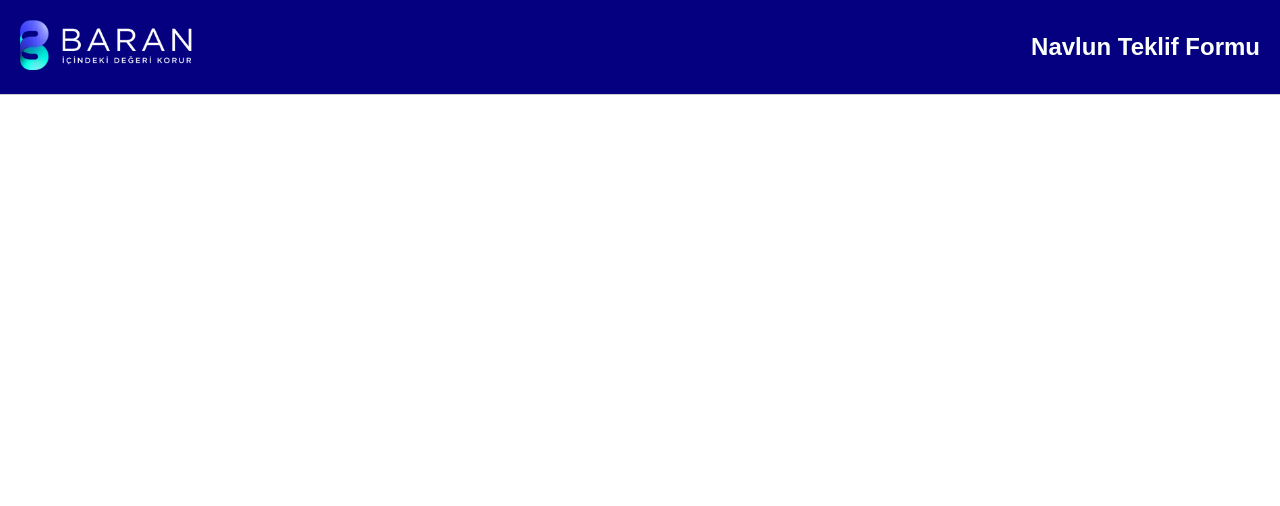
Repository: EfeAykut/navlun
Page: navlun.html
An editor plug-in stored every save of this project. The page is shown before and after the next save, followed by the edit.
The browser window is 1280 px wide. The pictures show the whole page.

Above is the page before, as saved 2024-11-19 10:00:43.

### navlun.html
<!DOCTYPE html>
<html lang="tr">

<head>
    <meta charset="UTF-8">
    <meta name="viewport" content="width=device-width, initial-scale=1.0">
    <title>Web Sitesi Başlığı</title>
    <style>
        body {
            margin: 0;
            font-family: Arial, sans-serif;
        }

        header {
            display: flex;
            justify-content: space-between;
            align-items: center;
            padding: 20px;
            background-color: #040080;
            /* Arka plan rengi */
            border-bottom: 1px solid #ccc;
            /* Alt kenar çizgisi */
        }

        .logo img {
            height: 50px;
            /* Logo yüksekliği */
        }

        .navlun-teklif h1 {
            font-size: 24px;
            /* Yazı boyutu */
            color: #fdfffa;
            /* Yazı rengi */
            margin: 0;
            /* Varsayılan margin kaldırıldı */
        }
    </style>
</head>

<body>
    <header>
        <div class="logo">
            <img src="images/efe.png" alt="Logo">
        </div>
        <div class="navlun-teklif">
            <h1>Navlun Teklif Formu</h1>
        </div>
    </header>
</body>

</html>

After the next save:
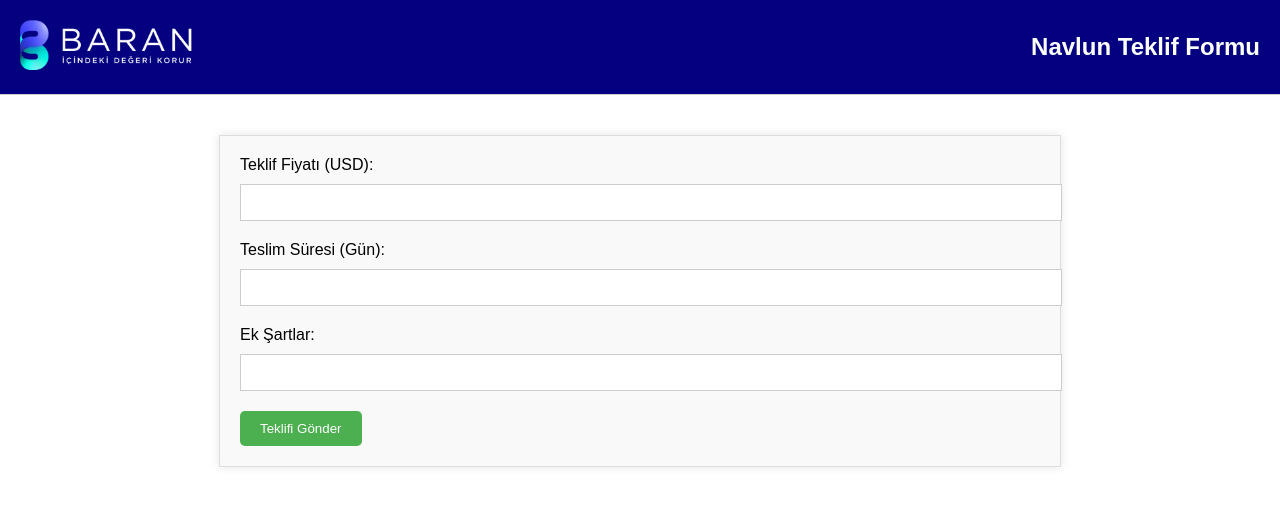
Saved 73 s later.
--- a/navlun.html
+++ b/navlun.html
@@ -35,6 +35,43 @@
             margin: 0;
             /* Varsayılan margin kaldırıldı */
         }
+
+        .container {
+            max-width: 800px;
+            margin: 40px auto;
+            padding: 20px;
+            background-color: #f9f9f9;
+            border: 1px solid #ddd;
+            box-shadow: 0 0 10px rgba(0, 0, 0, 0.1);
+        }
+
+        .form-group {
+            margin-bottom: 20px;
+        }
+
+        .form-group label {
+            display: block;
+            margin-bottom: 10px;
+        }
+
+        .form-group input[type="text"] {
+            width: 100%;
+            padding: 10px;
+            border: 1px solid #ccc;
+        }
+
+        .button {
+            background-color: #4CAF50;
+            color: #fff;
+            padding: 10px 20px;
+            border: none;
+            border-radius: 5px;
+            cursor: pointer;
+        }
+
+        .button:hover {
+            background-color: #3e8e41;
+        }
     </style>
 </head>
 
@@ -47,6 +84,23 @@
             <h1>Navlun Teklif Formu</h1>
         </div>
     </header>
+    <div class="container">
+        <form>
+            <div class="form-group">
+                <label for="teklif-fiyati">Teklif Fiyatı (USD):</label>
+                <input type="text" id="teklif-fiyati" name="teklif-fiyati">
+            </div>
+            <div class="form-group">
+                <label for="teslim-suresi">Teslim Süresi (Gün):</label>
+                <input type="text" id="teslim-suresi" name="teslim-suresi">
+            </div>
+            <div class="form-group">
+                <label for="ek-sartlar">Ek Şartlar:</label>
+                <input type="text" id="ek-sartlar" name="ek-sartlar">
+            </div>
+            <button class="button">Teklifi Gönder</button>
+        </form>
+    </div>
 </body>
 
 </html>
